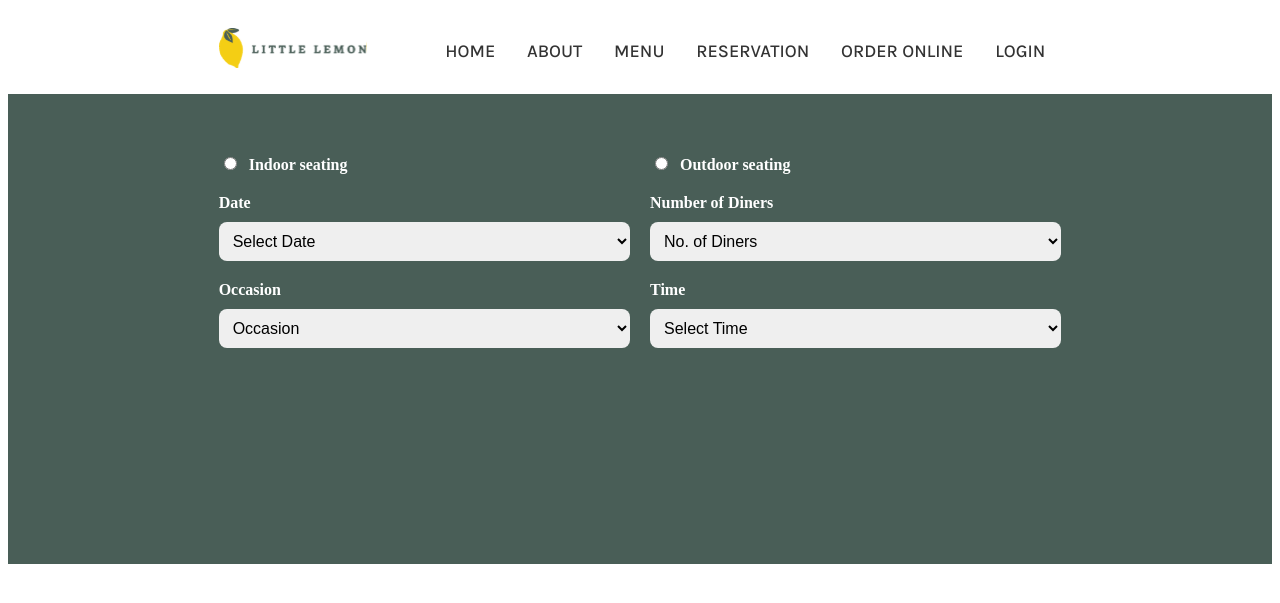
Repository: Yeshwanth-189/little-lemon
Page: /reservation (app in little-lemon/)
The author's editor kept a copy of each file at every save. The page is drawn from the files as they stood at one save, then again after the next save.
The browser window is 1280 px wide. The pictures show the whole page.
The project was rebuilt for these pictures with package versions that can differ from the ones it lists, and the page was loaded fresh each time. Also part of the build but not shown: little-lemon/src/index.css, little-lemon/src/components/Hero/Hero.css, little-lemon/src/components/Hero/Hero.jsx, little-lemon/src/components/Specials/Specials.css, little-lemon/src/components/Specials/Specials.jsx, little-lemon/src/components/Testimonials/Testimonials.css, little-lemon/src/components/Testimonials/Testimonials.jsx, little-lemon/src/components/About/About.css and 3 more.

Above is the page before, as saved 2025-04-26 22:26:24.

After the next save:
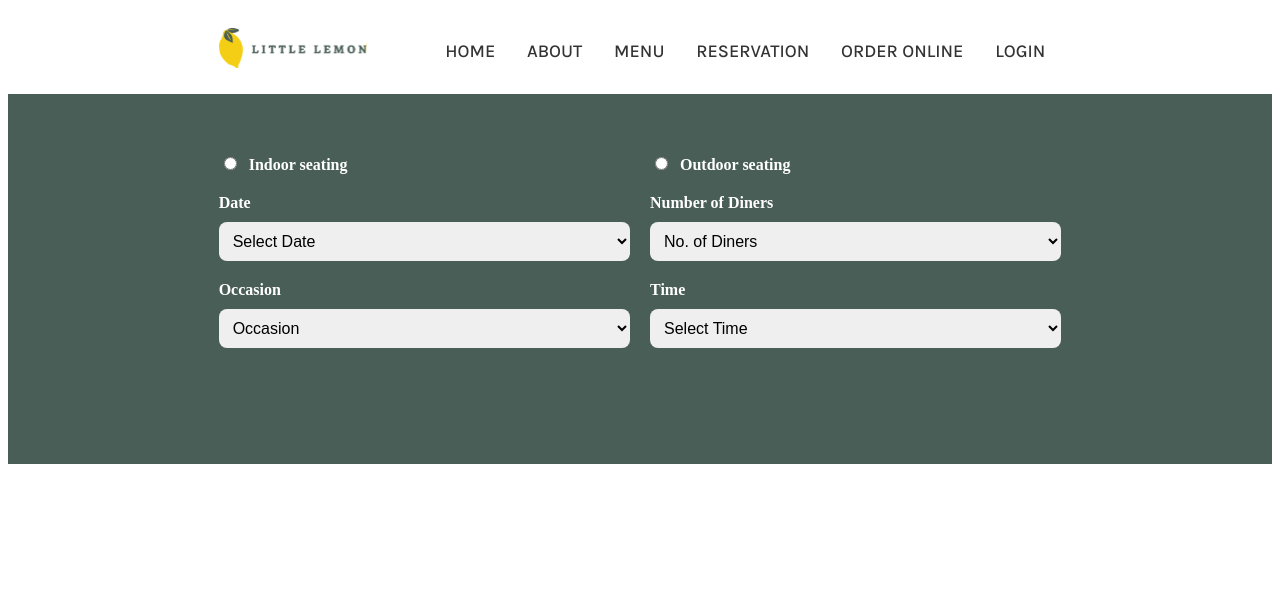
Saved 10 s later.
--- a/little-lemon/src/components/Reservation/Reservation.css
+++ b/little-lemon/src/components/Reservation/Reservation.css
@@ -4,7 +4,7 @@
   width: 100%;
   max-width: 1440px;
   margin: 0 auto;
-  min-height: 350px;
+  min-height: 250px;
   padding: 60px 0;
   background-color: #495e57; /* Background like your Figma */
   color: white;

After the save that followed:
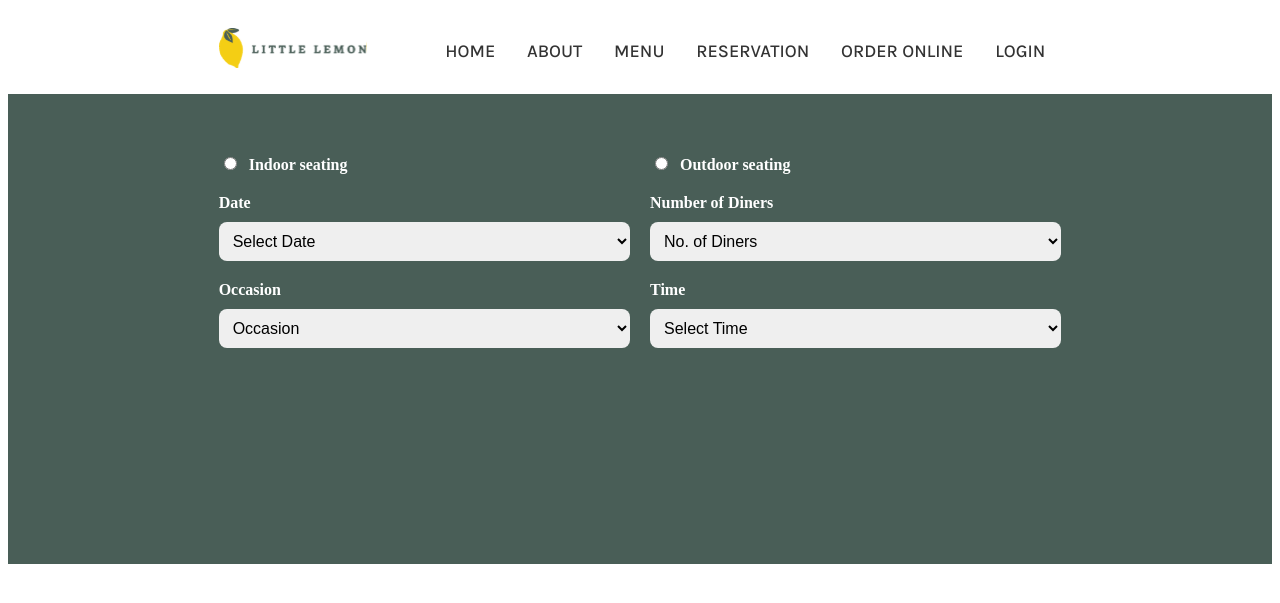
Saved 6 s later.
--- a/little-lemon/src/components/Reservation/Reservation.css
+++ b/little-lemon/src/components/Reservation/Reservation.css
@@ -4,7 +4,7 @@
   width: 100%;
   max-width: 1440px;
   margin: 0 auto;
-  min-height: 250px;
+  min-height: 350px;
   padding: 60px 0;
   background-color: #495e57; /* Background like your Figma */
   color: white;
